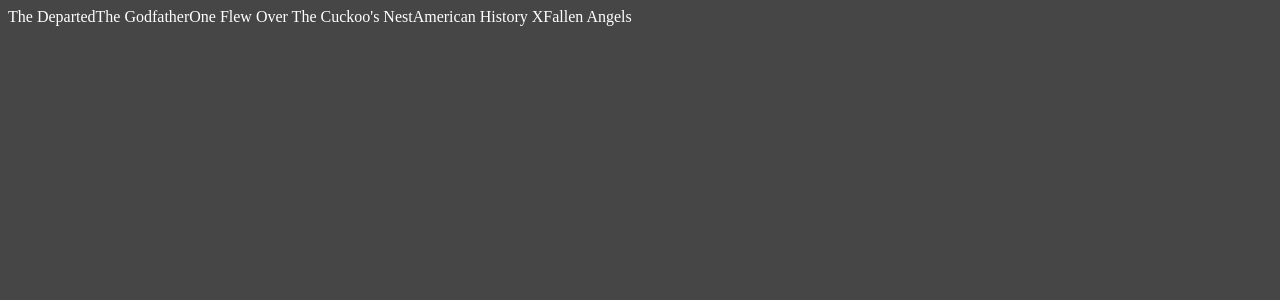
Repository: nishit47/merofilmrecs
Page: web_dev/tiles.html
The author's editor kept a copy of each file at every save. The page is drawn from the files as they stood at one save, then again after the next save.
The browser window is 1280 px wide. The pictures show the whole page.

Above is the page before, as saved 2021-10-06 15:03:46.

### web_dev/tiles.html
<!DOCTYPE html>
<html lang="en">
<head>
    <meta charset="UTF-8">
    <meta http-equiv="X-UA-Compatible" content="IE=edge">
    <meta name="viewport" content="width=device-width, initial-scale=1.0">
    <title>tiles</title>
</head>
<link rel="stylesheet" href="styling.css">
<style>
    .movietiles{
        color: white;
        display: flex;
    }
    .movieitem{
        height:
        background-color: teal;
    }
</style>
<body>
    <div class="movietiles">
        <div class="movieitem"id="movie1">The Departed</div>
        <div class="movieitem"id="movie2">The Godfather</div>
        <div class="movieitem"id="movie3">One Flew Over The Cuckoo's Nest</div>
        <div class="movieitem"id="movie4">American History X</div>
        <div class="movieitem" id="movie5">Fallen Angels</div>
    </div>

</body>
</html>

### web_dev/styling.css
body{
    background-color: rgb(70, 70, 70);
    color: white;
}

nav ul{
    background-color: rgb(56, 56, 56);
    display: flex;
    height: 37px;
    border-radius: 3px;
}
nav ul li{
    background-color: rgb(70, 70, 70);
    margin: 5px 20px;
    padding: 5px 20px;
    list-style-type: none;
    border-radius: 3px;
}
nav ul li a{
    text-decoration: none;
    color: white;
}
nav ul li :hover{
    color: yellow;
}
nav ul div{
    padding: 5px 0px;
    margin: 0.5px 30px;
}
h1{
    text-align: center;
}
.movie{
    border:black;
    border-radius: 20px;
    background-color: rgb(56, 56, 56);
    margin: auto 10%;
    padding: 20px;
}

.rating, .cast, .description, h2{
    background-color: rgb(70, 70, 70);
}
.still, .trailer{
    display: block;
    max-width:100%;
    max-height:100%;
    margin: 0 auto;
}
#netflix{
    float: right;
}

After the next save:
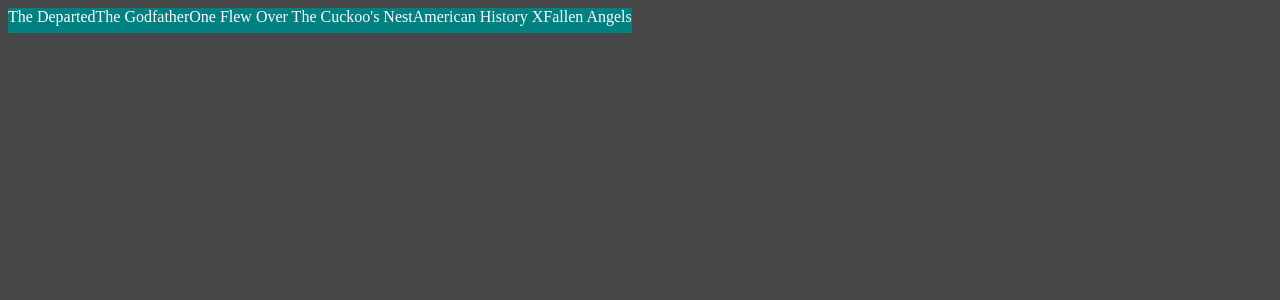
Saved 4 s later.
--- a/web_dev/tiles.html
+++ b/web_dev/tiles.html
@@ -13,7 +13,7 @@
         display: flex;
     }
     .movieitem{
-        height:
+        height: 25px;
         background-color: teal;
     }
 </style>
